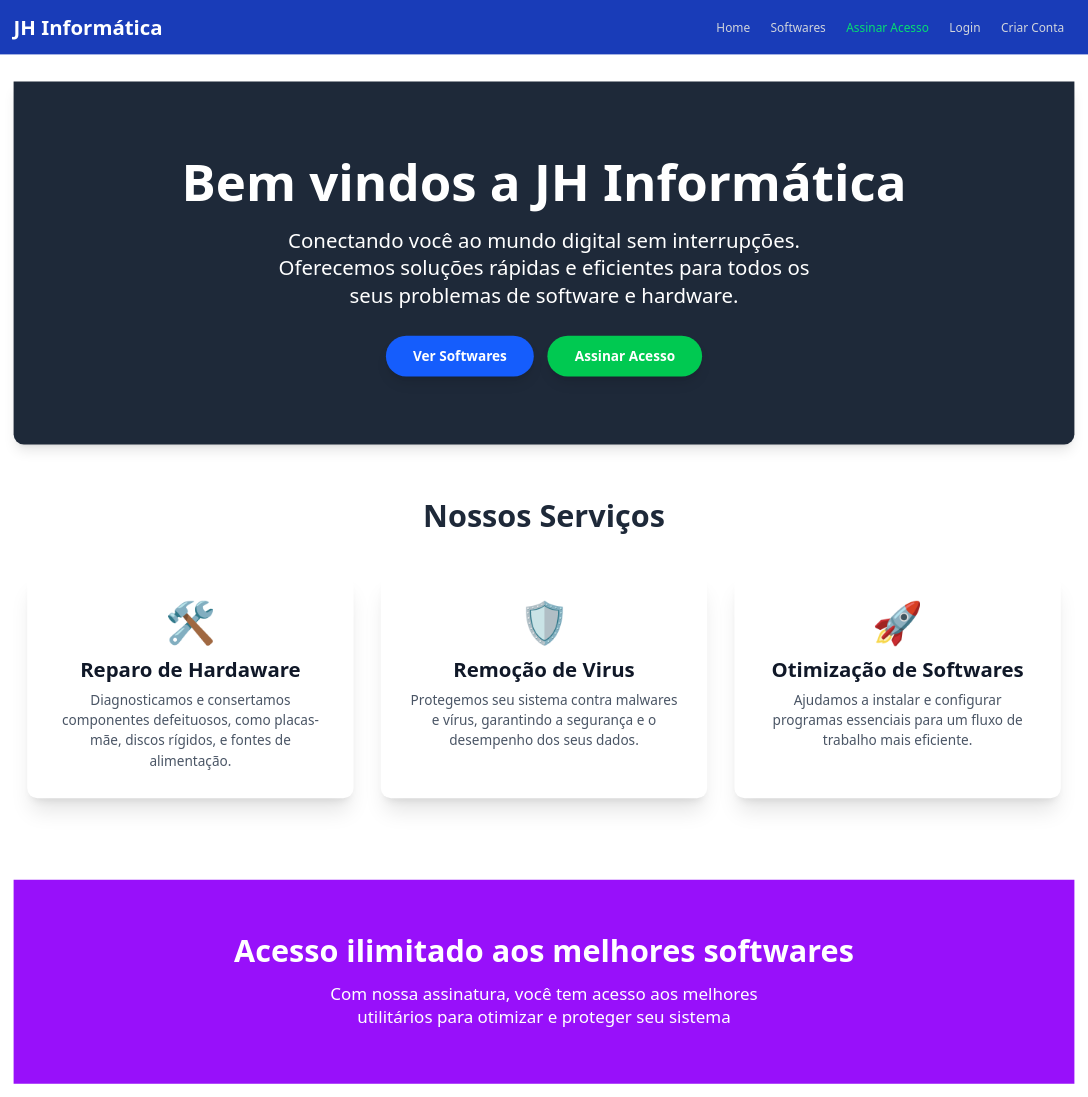
Repository: estevam02009/jh-info
Page: / (app in frontend/)
These files come from the project's save history. The page is drawn as it stood at one moment and after the next save; the edit follows.
The browser window is 1280 px wide. The pictures show the whole page, at 85% of full size.
The project was rebuilt for these pictures with package versions that can differ from the ones it lists, and the page was loaded fresh each time. Also part of the build but not shown: frontend/src/pages/Login.jsx, frontend/src/pages/Register.jsx, frontend/src/pages/Dashboard.jsx, frontend/src/components/ProtectedRoute.jsx, frontend/src/pages/SoftwareList.jsx, frontend/src/pages/SoftwareDetails.jsx, frontend/src/pages/SoftwareManagement.jsx, frontend/src/pages/PaymentPage.jsx and 1 more.

Above is the page before, as saved 2025-07-13 11:52:46.

### frontend/index.html
<!doctype html>
<html lang="en">
  <head>
    <meta charset="UTF-8" />
    <link rel="icon" type="image/svg+xml" href="/vite.svg" />
    <meta name="viewport" content="width=device-width, initial-scale=1.0" />
    <title>JH Informática</title>
  </head>
  <body>
    <div id="root"></div>
    <script type="module" src="/src/main.jsx"></script>
  </body>
</html>

### frontend/src/main.jsx
// src/main.jsx
import React from 'react';
import ReactDOM from 'react-dom/client';
import App from './App.jsx';
import './index.css'; // Para estilos globais
import { BrowserRouter } from 'react-router-dom';
import { AuthProvider } from './context/AuthContext.jsx'; // Contexto de Autenticação

ReactDOM.createRoot(document.getElementById('root')).render(
    <React.StrictMode>
        <BrowserRouter>
            <AuthProvider> {/* O AuthProvider envolve toda a aplicação */}
                <App />
            </AuthProvider>
        </BrowserRouter>
    </React.StrictMode>,
);

### frontend/src/App.jsx
import React from "react";
import {Link, Routes, Route} from "react-router-dom";
import Login from "./pages/Login.jsx";
import Register from "./pages/Register.jsx";
import Home from "./pages/Home.jsx";
import Dashboard from "./pages/Dashboard.jsx";
import ProtectedRoute from "./components/ProtectedRoute";
import SoftwareList from "./pages/SoftwareList";
import SoftwareDetails from "./pages/SoftwareDetails";
import SoftwareManagement from "./pages/SoftwareManagement";
import PaymentPage from "./pages/PaymentPage";
import MySoftwares from "./pages/MySoftwares.jsx";
import { useAuth } from "./context/AuthContext";


const App = () => {

    const { user, logout } = useAuth(); // Obtém o estado do usuário e a função de logout

    return (
        <>
            <nav className="bg-blue-800 p-4">
                <div className="container mx-auto flex justify-between items-center">
                    <Link to="/" className="text-white text-2xl font-bold">JH Informática</Link>
                    <div>
                        <Link to="/" className="text-gray-300 hover:bg-white hover:text-blue-500 px-3 py-2 rounded-md text-sm font-medium">Home</Link>
                        <Link to="/softwares" className="text-gray-300 hover:bg-white hover:text-blue-500 px-3 py-2 rounded-md text-sm font-medium">Softwares</Link>

                        {/* Link para a página de Pagamento/Assinatura */}
                        {!user?.hasPaidAccess && (
                            <Link to="/subscribe" className="text-green-400 hover:bg-gray-700 hover:text-green-200 px-3 py-2 rounded-md text-sm font-medium">Assinar Acesso</Link>
                        )}

                    {/*    Links visiveis apenas se o usuário estiver logado    */}
                        {user ? (
                            <>
                                <Link to="/dashboard" className="text-gray-300 hover:bg-white hover:text-blue-500 px-3 py-2 rounded-md text-sm font-medium">Dashboard</Link>
                                {user.hasPaidAccess && ( // Mostrar "Meus Softwares" apenas se tiver pago
                                    <Link to="/my-softwares" className="text-gray-300 hover:bg-white hover:text-blue-500 px-3 py-2 rounded-md text-sm font-medium">Meus Softwares</Link>
                                )}
                            {/* Link para gerenciamento de softwares - visivel apenas para admins logados */}
                                {user.role === "admin" && (
                                    <Link to="/admin/softwares" className="text-gray-300 hover:bg-white hover:text-blue-500 px-3 py-2 rounded-md text-sm font-medium">Gerenciar Softwares</Link>
                                )}
                                <button
                                    onClick={logout}
                                    className="bg-red-600 hover:bg-red-800 px-3 py-2 rounded-md text-sm text-white font-medium ml-4"
                                >Sair</button>
                            </>
                        ) : (

                            <>
                                {/* Links visivéis apenas se o usuário não estiver logado */}
                                <Link to="/login" className="text-gray-300 hover:bg-white hover:text-blue-500 px-3 py-2 rounded-md text-sm font-medium">Login</Link>
                                <Link to="/register" className="text-gray-300 hover:bg-white hover:text-blue-500 px-3 py-2 rounded-md text-sm font-medium">Criar Conta</Link>
                            </>
                        )}
                    </div>
                </div>
            </nav>

            {/* Conteúdo principal*/}
            <div className="container mx-auto p-4 mt-4">
                <Routes>
                    <Route path="/" element={<Home />} />
                    <Route path="/login" element={<Login />} />
                    <Route path="/register" element={<Register />} />

                    <Route path="/softwares" element={<SoftwareList />} /> {/* <-- Nova Rota */}
                    <Route path="/softwares/:id" element={<SoftwareDetails />} />

                    {/* Rota para a página de assinatura. É acessível se o usuário estiver logado ou não, mas a lógica de pagamento exige login */}
                    <Route path="/subscribe" element={<PaymentPage />} />

                {/* Rotas protegidas */}
                    <Route element={<ProtectedRoute />}>
                        <Route path="/dashboard" element={<Dashboard />}></Route>
                        <Route path="/my-softwares" element={<MySoftwares />} />
                    </Route>

                    <Route element={<ProtectedRoute allowedRoles={['admin']} />}>
                        <Route path="/admin/softwares" element={<SoftwareManagement />} />
                    </Route>

                    <Route path="*" element={<h2 className="text-4xl font-bold text-red-500">404 - Página não encontrada</h2>}></Route>
                </Routes>
            </div>
        </>
    )
}

export default App;

### frontend/src/context/AuthContext.jsx
// src/context/AuthContext.jsx
import React, { createContext, useState, useEffect, useContext } from 'react';
import axios from 'axios';

const AuthContext = createContext();

export const AuthProvider = ({ children }) => {
    // O estado 'user' agora conterá o campo 'hasPaidAccess'
    const [user, setUser] = useState(null);
    const [token, setToken] = useState(null);
    const [loading, setLoading] = useState(true); // Para saber se o token está sendo verificado

    // Base da URL da sua API
    const API_URL = 'http://localhost:5000/api'; // Certifique-se que a porta está correta

    // Carrega o token e usuário do localStorage ao iniciar
    useEffect(() => {
        const storedToken = localStorage.getItem('token');
        const storedUser = localStorage.getItem('user');

        if (storedToken && storedUser) {
            setToken(storedToken);

            if (storedToken && storedUser) {
                setToken(storedToken);
                // Garante que o usuário no estado inclui 'hasPaidAccess'
                try {
                    const userData = JSON.parse(storedUser);
                    setUser(userData);
                } catch (error) {
                    console.error('Erro ao fazer parse do usuário do localStorage:', error);
                    localStorage.removeItem('token');
                    localStorage.removeItem('user');
                }
            }

            // Configura o token no cabeçalho padrão do Axios para todas as requisições
            axios.defaults.headers.common['Authorization'] = `Bearer ${storedToken}`;
        }
        setLoading(false);
    }, []);

    const login = async (email, password) => {
        try {
            const response = await axios.post(`${API_URL}/auth/login`, { email, password });
            const { token, hasPaidAccess, ...userData } = response.data; // Capture 'hasPaidAccess'

            setToken(token);
            // Certifique-se de que o objeto user no estado inclui hasPaidAccess
            setUser({ ...userData, hasPaidAccess: hasPaidAccess });

            localStorage.setItem('token', token);
            // Armazene o objeto de usuário completo no localStorage, incluindo 'hasPaidAccess'
            localStorage.setItem('user', JSON.stringify({ ...userData, hasPaidAccess: hasPaidAccess }));

            axios.defaults.headers.common['Authorization'] = `Bearer ${token}`; // Atualiza o header
            return response.data;
        } catch (error) {
            console.error('Erro de login:', error.response?.data || error.message);
            throw error.response?.data || { message: 'Erro ao fazer login' };
        }
    };

    // Função para atualizar o estado do usuário (útil após o pagamento)
    const updateUserAccessStatus = (updatedUser) => {
        setUser(updatedUser);
        localStorage.setItem('user', JSON.stringify(updatedUser));
    }

    const register = async (name, email, password, role = 'user') => {
        try {
            const response = await axios.post(`${API_URL}/auth/register`, { name, email, password, role });
            // Geralmente, após o registro, você pode logar o usuário automaticamente ou redirecioná-lo para a tela de login
            return response.data;
        } catch (error) {
            console.error('Erro de registro:', error.response?.data || error.message);
            throw error.response?.data || { message: 'Erro ao registrar' };
        }
    };

    const logout = () => {
        setToken(null);
        setUser(null);
        localStorage.removeItem('token');
        localStorage.removeItem('user');
        delete axios.defaults.headers.common['Authorization']; // Remove o header do Axios
    };

    return (
        <AuthContext.Provider value={{ user, token, loading, login, register, logout, updateUserAccessStatus }}>
            {children}
        </AuthContext.Provider>
    );
};

export const useAuth = () => useContext(AuthContext);

### frontend/src/pages/Home.jsx
import React from 'react';
import { Link } from 'react-router-dom';

const Home = () => {
    return (
        <div className="flex flex-col items-center">

            {/* Seção Principal (Hero) */}
            <div className='bg-gray-800 text-white w-full py-20 px-4 text-center rounded-b-xl shadow-lg'>
                <h1 className='text-5xl md:text-6xl font-extrabold leading-tight mb-4'>
                    Bem vindos a JH Informática
                </h1>
                <p className='text-xl md:text-2xl font-light max-w-2xl mx-auto mb-8'>
                    Conectando você ao mundo digital sem interrupções. Oferecemos soluções rápidas e eficientes para todos os seus problemas de software e hardware.
                </p>
                <div className="flex justify-center space-x-4">
                    <Link
                        to="/softwares"
                        className="bg-blue-600 hover:bg-blue-700 text-white font-bold py-3 px-8 rounded-full shadow-lg transition duration-300"
                    >
                        Ver Softwares
                    </Link>
                    <Link
                        to="/subscribe"
                        className="bg-green-500 hover:bg-green-700 text-white font-bold py-3 px-8 rounded-full shadow-lg transition duration-300"
                    >
                        Assinar Acesso
                    </Link>
                </div>
            </div>

            {/* Seção nossos serviços */}
            <div className="container mx-auto py-16 px-4">
                <h2 className="text-4xl font-bold text-center text-gray-800 mb-12">Nossos Serviços</h2>
                <div className='grid grid-cols-1 md:grid-cols-2 lg:grid-cols-3 gap-8'>

                    {/* Card de Serviços */}
                    <div className='bg-white rounded-xl shadow-xl p-8 text-center transition-transform transform hover:scale-106 duration-300'>
                        <div className='text-5xl text-blue-600 mb-4'>🛠️</div>
                        <h3 className='text-2xl font-semibold text-gray-900 mb-2'>Reparo de Hardaware</h3>
                        <p className='text-gray-600'>
                            Diagnosticamos e consertamos componentes defeituosos, como placas-mãe, discos rígidos, e fontes de alimentação.
                        </p>
                    </div>

                    {/* Card de Serviços 2 */}
                    <div className='bg-white rounded-xl shadow-xl p-8 text-center transition-transform transform hover:scale-106 duration-300'>
                        <div className='text-5xl text-blue-600 mb-4'>🛡️</div>
                        <h3 className='text-2xl font-semibold text-gray-900 mb-2'>Remoção de Virus</h3>
                        <p className='text-gray-600'>
                            Protegemos seu sistema contra malwares e vírus, garantindo a segurança e o desempenho dos seus dados.
                        </p>
                    </div>

                    {/* Card de Serviços 2 */}
                    <div className='bg-white rounded-xl shadow-xl p-8 text-center transition-transform transform hover:scale-106 duration-300'>
                        <div className='text-5xl text-blue-600 mb-4'>🚀</div>
                        <h3 className='text-2xl font-semibold text-gray-900 mb-2'>Otimização de Softwares</h3>
                        <p className='text-gray-600'>
                            Ajudamos a instalar e configurar programas essenciais para um fluxo de trabalho mais eficiente.
                        </p>
                    </div>
                </div>
            </div>

            {/* Seção de chamada para a ação */}
            <div className='w-full bg-purple-600 text-white py-16 px-4 text-center mt-8'>
                <h2 className='text-3xl md:text-4xl font-bold mb-4'>Acesso ilimitado aos melhores softwares</h2>
                <p className='text-lg md:text-xl font-light max-w-xl mx-auto'>
                    Com nossa assinatura, você tem acesso aos melhores utilitários para otimizar e proteger seu sistema
                </p>
            </div>
        </div>
    )
}

export default Home;

Loaded but not shown: frontend/src/index.css (common file)

After the next save:
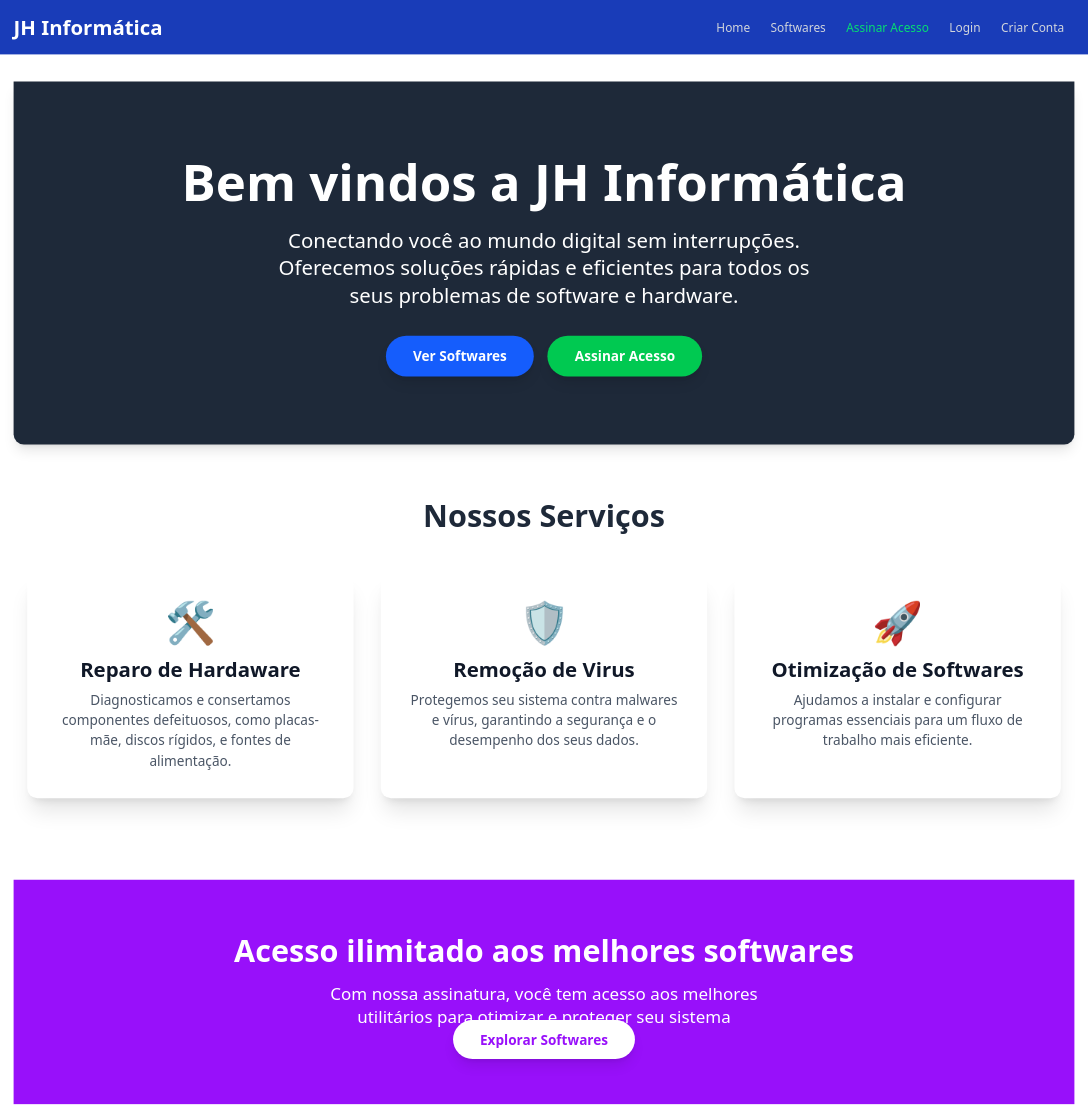
Saved 50 s later.
--- a/frontend/src/pages/Home.jsx
+++ b/frontend/src/pages/Home.jsx
@@ -69,6 +69,11 @@ const Home = () => {
                 <p className='text-lg md:text-xl font-light max-w-xl mx-auto'>
                     Com nossa assinatura, você tem acesso aos melhores utilitários para otimizar e proteger seu sistema
                 </p>
+                <Link to="/softwares"
+                    className="bg-white text-purple-600 font-bold py-3 px-8 rounded-full shadow-lg transition duration-300 hover:bg-opacity-90"
+                >
+                    Explorar Softwares
+                </Link>
             </div>
         </div>
     )
